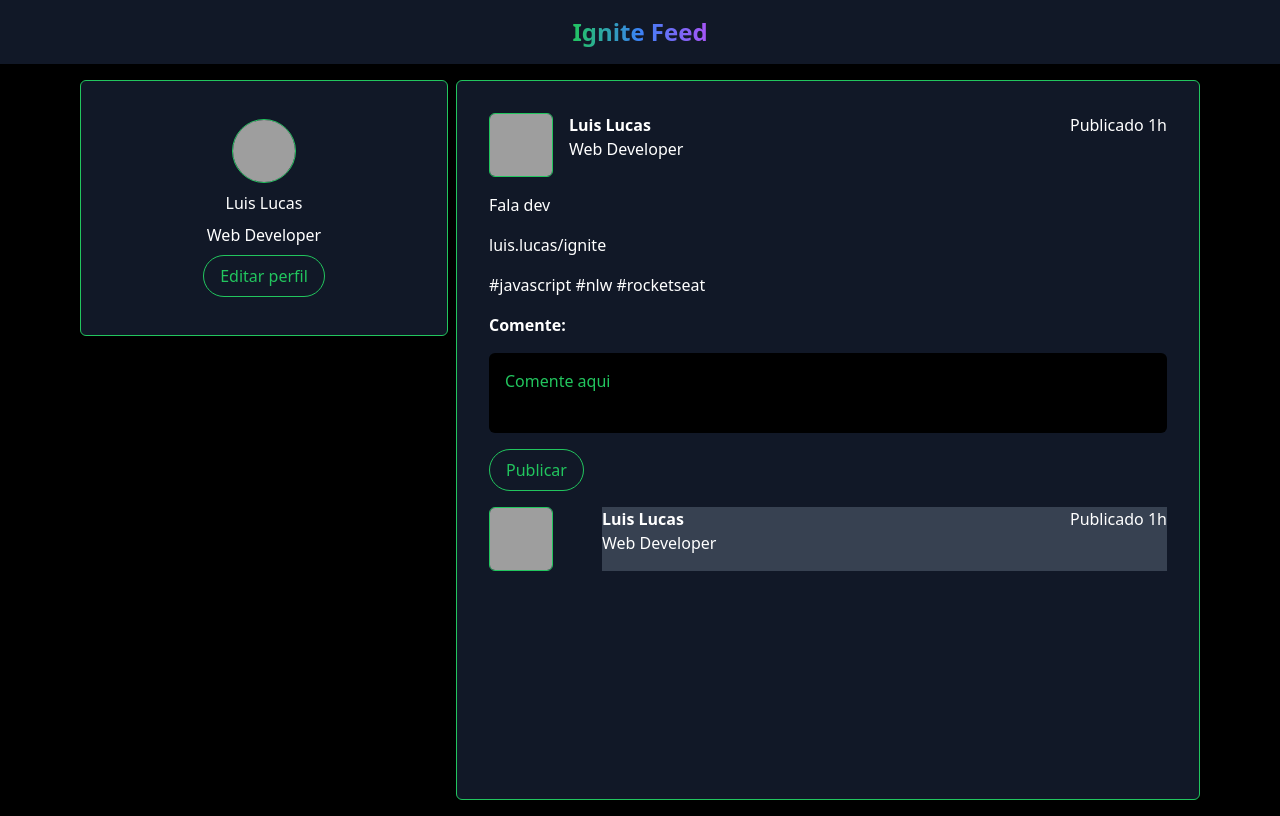
Repository: LuisSempre/ignite-feed
Page: /
The author's editor kept a copy of each file at every save. The page is drawn from the files as they stood at one save, then again after the next save.
The browser window is 1280 px wide. The pictures show the whole page.
Pictures or frames that could not be fetched are drawn as grey boxes. The project was rebuilt for these pictures with package versions that can differ from the ones it lists, and the page was loaded fresh each time. Also part of the build but not shown: vite.config.js.

Above is the page before, as saved 2022-07-14 21:39:07.

After the next save:
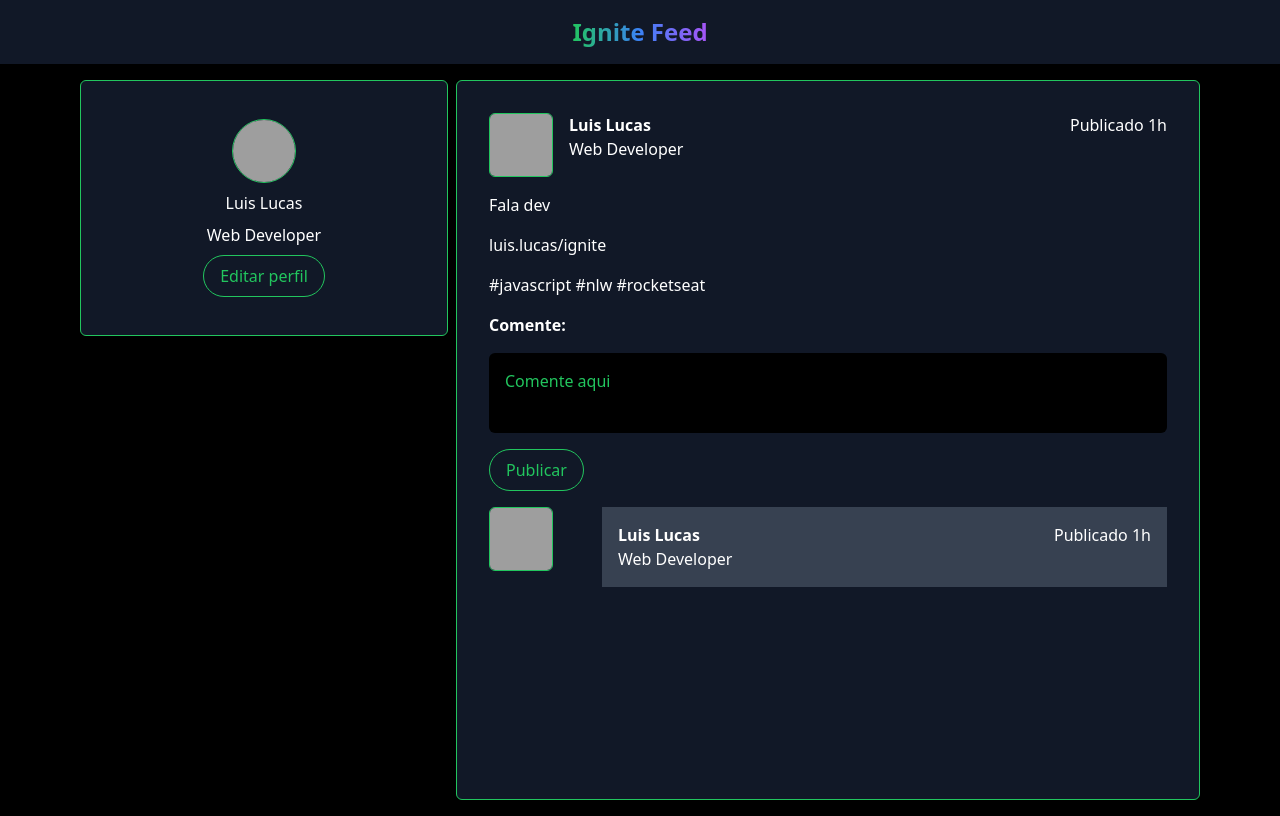
Saved 7 s later.
--- a/src/Components/Comment.jsx
+++ b/src/Components/Comment.jsx
@@ -8,7 +8,7 @@ export function Comment() {
           alt=""
         />
       </div>
-      <div className="col-span-5 bg-gray-700">
+      <div className="col-span-5 p-4 bg-gray-700">
         <div className="flex justify-between">
           <div className="flex gap-4">
             <div className="flex flex-col">
